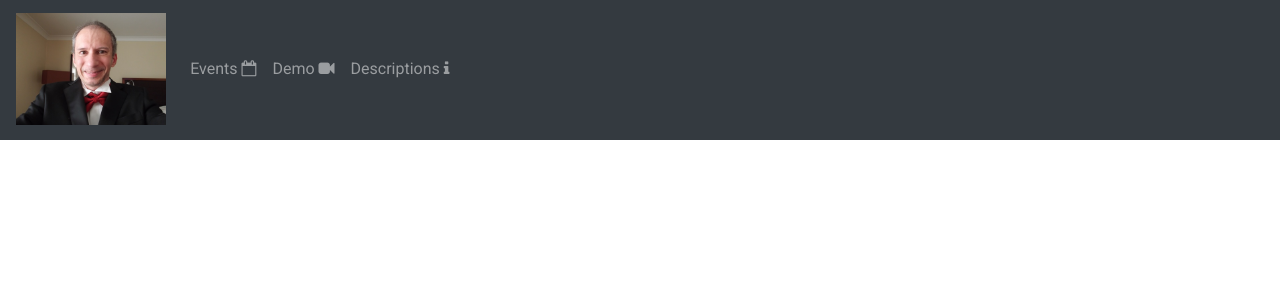
Repository: derektypist/product-landing-page
Page: index.html
The author's editor kept a record of every edit. The page is drawn from the files as they stood at one moment, then again after the next edit.
The browser window is 1280 px wide. The pictures show the whole page.

Above is the page before.

After the next edit:
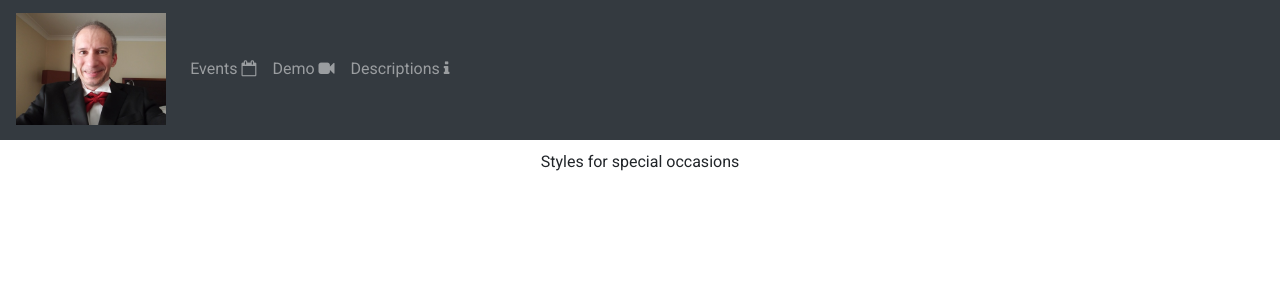
The edit:
--- a/index.html
+++ b/index.html
@@ -27,6 +27,9 @@
 
         /* Form */
         #form {
+            padding-top: 150px;
+            font-family: "Roboto", Arial, Verdana, sans-serif;
+            text-align: center;
             display: block;
             margin: auto;
         }
